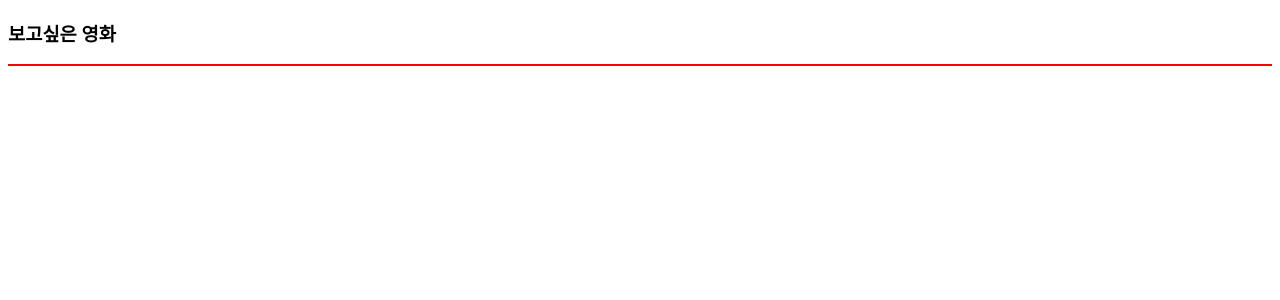
Repository: ujin2021/jsp_study
Page: jsp01/WebContent/table.html
These files come from the project's save history. The page is drawn as it stood at one moment and after the next save; the edit follows.
The browser window is 1280 px wide. The pictures show the whole page.

Above is the page before, as saved 2020-01-11 08:39:21.

### jsp01/WebContent/table.html
<!DOCTYPE html>
<html>
<head>
<meta charset="EUC-KR">
<title>Insert title here</title>
</head>
<body>
<h3>보고싶은 영화</h3>
<hr color="red">
<!-- 1.테두리를 만든다<table> -->
<!-- 2.행을 만든다 <tr> -->
<!-- 3.칸을 정의한다<td> -->

</body>
</html>

After the next save:
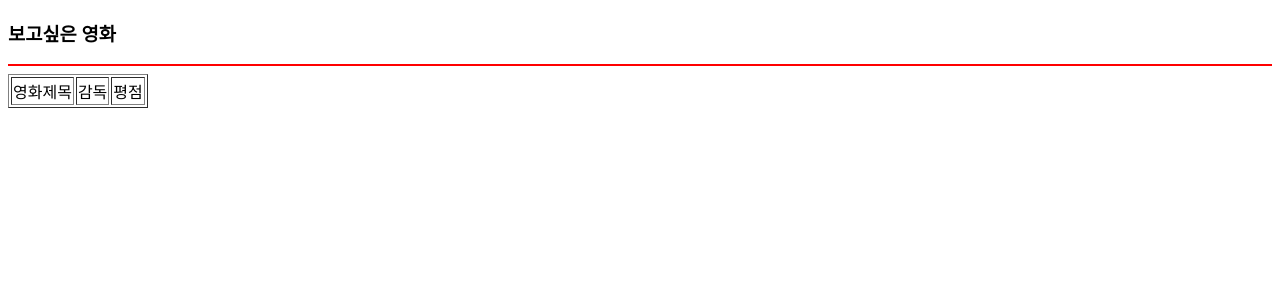
Saved 2 min 51 s later.
--- a/jsp01/WebContent/table.html
+++ b/jsp01/WebContent/table.html
@@ -10,6 +10,13 @@
 <!-- 1.테두리를 만든다<table> -->
 <!-- 2.행을 만든다 <tr> -->
 <!-- 3.칸을 정의한다<td> -->
-
+<!-- 한줄복사->ctrl+alt+화살표아래 -->
+<table border="1">
+	<tr>
+		<td>영화제목</td>
+		<td>감독</td>
+		<td>평점</td>
+	</tr>
+</table>
 </body>
 </html>
